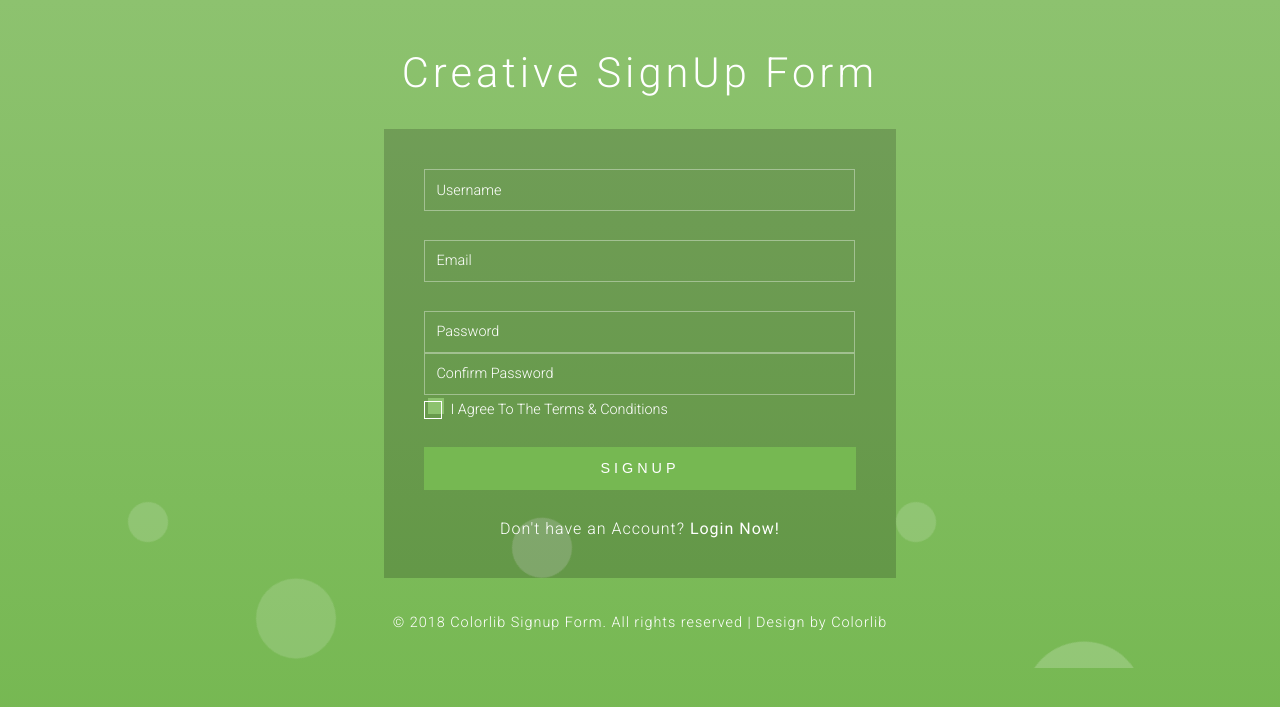
Repository: AyushiPN/login_form
Page: index.html
These files come from the project's save history. The page is drawn as it stood at one moment and after the next save; the edit follows.
The browser window is 1280 px wide. The pictures show the whole page.

Above is the page before, as saved 2021-11-26 15:00:57.
Not found: css/style.css

### index.html
<!--
Author: Colorlib
Author URL: https://colorlib.com
License: Creative Commons Attribution 3.0 Unported
License URL: http://creativecommons.org/licenses/by/3.0/
-->
<!DOCTYPE html>
<html>

<head>
    <title>Creative Colorlib SignUp Form</title>
    <meta name="viewport" content="width=device-width, initial-scale=1">
    <meta http-equiv="Content-Type" content="text/html; charset=utf-8" />
    <script type="application/x-javascript">
        addEventListener("load", function() {
            setTimeout(hideURLbar, 0);
        }, false);

        function hideURLbar() {
            window.scrollTo(0, 1);
        }
    </script>
    <!-- Custom Theme files -->
    <link href="css/style.css" rel="stylesheet" type="text/css" media="all" />
    <!-- //Custom Theme files -->
    <!-- web font -->
    <link href="./styles.css" rel="stylesheet">
    <link href="//fonts.googleapis.com/css?family=Roboto:300,300i,400,400i,700,700i" rel="stylesheet">
    <!-- //web font -->
</head>

<body>
    <!-- main -->
    <div class="main-w3layouts wrapper">
        <h1>Creative SignUp Form</h1>
        <div class="main-agileinfo">
            <div class="agileits-top">
                <form class="login" name="loginForm" onsubmit="validateSignupForm()" method="POST">
                    <input class="text" type="text" name="name" id="signName" placeholder="Username" required="">
                    <input class="text email" type="email" name="email" id="signEmail" placeholder="Email" required="">
                    <input class="text" type="password" name="password" id="signPassword" placeholder="Password" required="">
                    <input class="text" type="password" name="cpassword" id="signCpassword" placeholder="Confirm Password" required="">
                    <!-- <input class="text w3lpass" type="password" name="password" placeholder="Confirm Password" required=""> -->
                    <div class="wthree-text">
                        <label class="anim">
							<input type="checkbox" class="checkbox" required="">
							<span>I Agree To The Terms & Conditions</span>
						</label>
                        <div class="clear"> </div>
                    </div>
                    <input type="submit" value="SIGNUP">
                </form>
                <p>Don't have an Account? <a href="#"> Login Now!</a></p>
            </div>
        </div>
        <!-- copyright -->
        <div class="colorlibcopy-agile">
            <p>© 2018 Colorlib Signup Form. All rights reserved | Design by <a href="https://colorlib.com/" target="_blank">Colorlib</a></p>
        </div>
        <!-- //copyright -->
        <ul class="colorlib-bubbles">
            <li></li>
            <li></li>
            <li></li>
            <li></li>
            <li></li>
            <li></li>
            <li></li>
            <li></li>
            <li></li>
            <li></li>
        </ul>
    </div>
    <!-- //main -->
    <script>
        function validateSignupForm() {
            var mail = document.getElementById("signEmail").value;
            var name = document.getElementById("signName").value;
            var password = document.getElementById("signPassword").value;
            var cpassword = document.getElementById("signCpassword").value;
            if (mail == "" || name == "" || password == "" || cpassword == "") {
                document.getElementById("errorMsg").innerHTML = "Please fill the required fields"
                return false;
            }
            if (password.length < 8) {
                alert("Your password must include atleast 8 characters");
                return false;
            }

            if (password.length == cpassword.length) {
                alert("Successfully signed up");
                return true;
            } else {
                alert("Password doesn't match");
            }
        }
    </script>
</body>

</html>

Loaded but not shown: styles.css (1774 lines, source omitted)

After the next save:
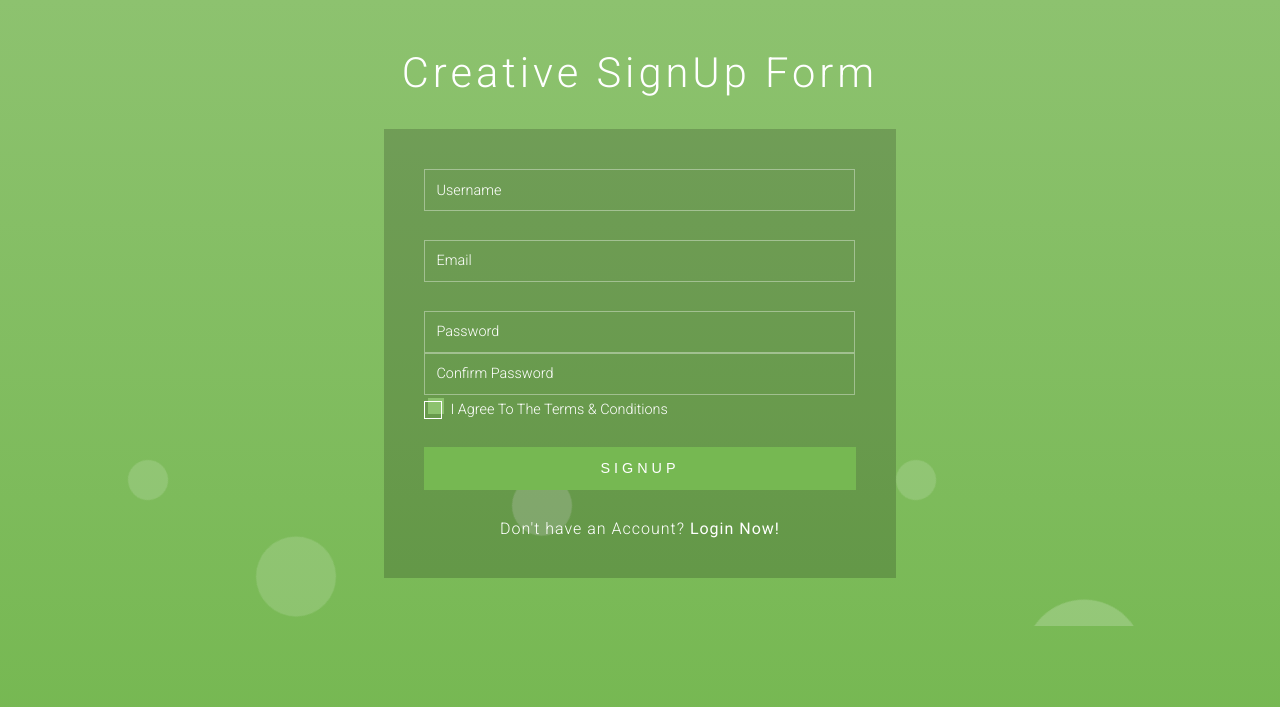
Saved 97 s later.
--- a/index.html
+++ b/index.html
@@ -1,9 +1,3 @@
-<!--
-Author: Colorlib
-Author URL: https://colorlib.com
-License: Creative Commons Attribution 3.0 Unported
-License URL: http://creativecommons.org/licenses/by/3.0/
--->
 <!DOCTYPE html>
 <html>
 
@@ -20,17 +14,16 @@ License URL: http://creativecommons.org/licenses/by/3.0/
             window.scrollTo(0, 1);
         }
     </script>
-    <!-- Custom Theme files -->
+
     <link href="css/style.css" rel="stylesheet" type="text/css" media="all" />
-    <!-- //Custom Theme files -->
-    <!-- web font -->
+
     <link href="./styles.css" rel="stylesheet">
     <link href="//fonts.googleapis.com/css?family=Roboto:300,300i,400,400i,700,700i" rel="stylesheet">
-    <!-- //web font -->
+
 </head>
 
 <body>
-    <!-- main -->
+
     <div class="main-w3layouts wrapper">
         <h1>Creative SignUp Form</h1>
         <div class="main-agileinfo">
@@ -53,11 +46,7 @@ License URL: http://creativecommons.org/licenses/by/3.0/
                 <p>Don't have an Account? <a href="#"> Login Now!</a></p>
             </div>
         </div>
-        <!-- copyright -->
-        <div class="colorlibcopy-agile">
-            <p>© 2018 Colorlib Signup Form. All rights reserved | Design by <a href="https://colorlib.com/" target="_blank">Colorlib</a></p>
-        </div>
-        <!-- //copyright -->
+
         <ul class="colorlib-bubbles">
             <li></li>
             <li></li>
